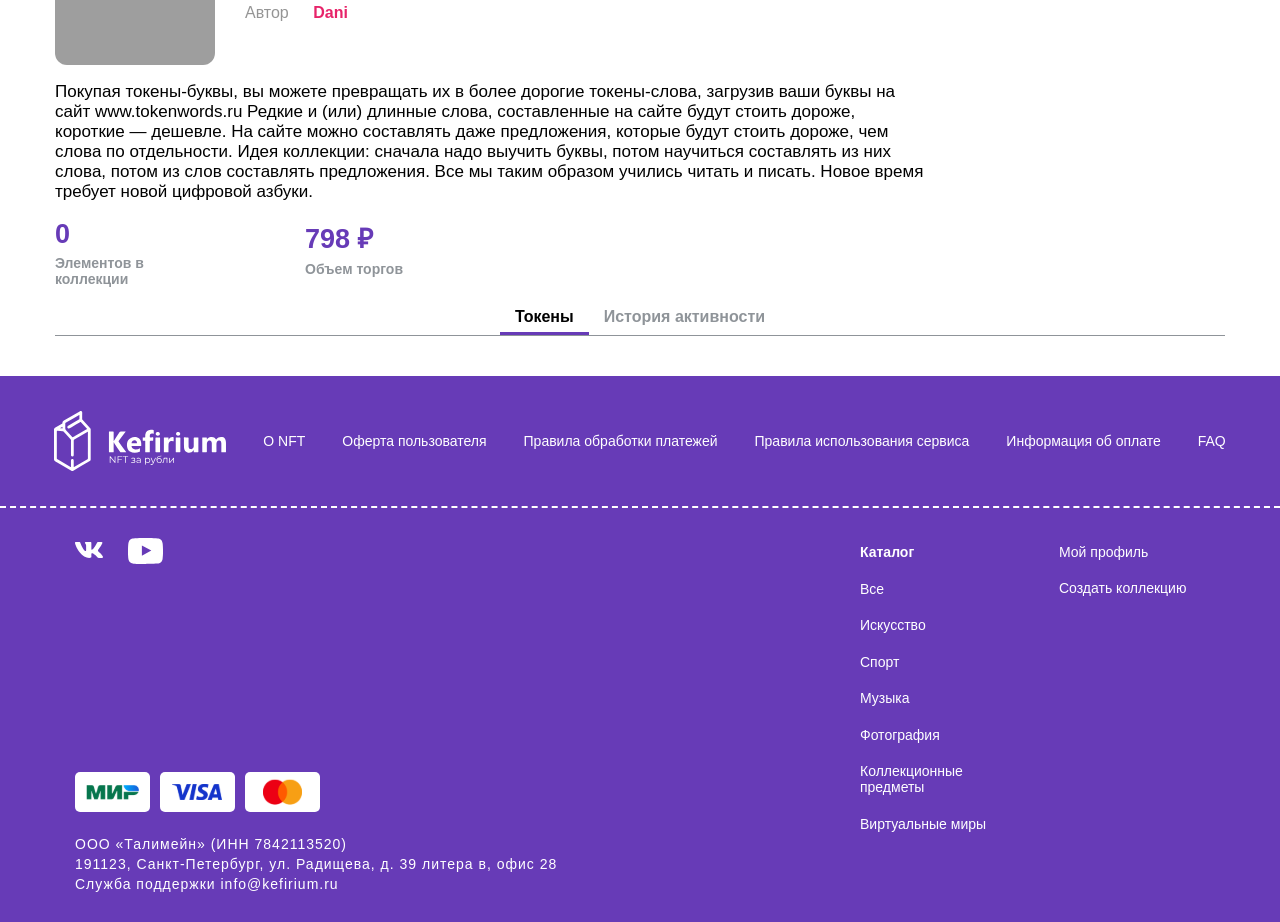
Repository: danchikko/kefirium
Page: /collection
The author's editor kept a copy of each file at every save. The page is drawn from the files as they stood at one save, then again after a run of saves.
The browser window is 1280 px wide. The pictures show the part of the page from y = 495 to 1447 px (the page is 1417 px tall before and 1447 px after).
Pictures or frames that could not be fetched are drawn as grey boxes. The project was rebuilt for these pictures with package versions that can differ from the ones it lists, and the page was loaded fresh each time. Requests to the local data server were answered from the project's data file. Also part of the build but not shown: src/components/signUp/Navs.js, src/utils/helpers/constants.js, src/components/signUp/FormPhysic.js, src/components/signUp/FormJur.js, src/components/signUp/SignUp.js, src/components/signIn/Form.js, src/components/signIn/SignIn.js, src/components/header/Register.js and 48 more.

Above is the page before, as saved 2022-08-18 16:33:58.

### public/index.html
<!DOCTYPE html>
<html lang="en">
	<head>
		<meta charset="utf-8" />
		<link rel="icon" href="%PUBLIC_URL%/favicon.ico" />
		<meta name="viewport" content="width=device-width, initial-scale=1" />
		<meta name="theme-color" content="#000000" />
		<meta
			name="description"
			content="Web site created using create-react-app"
		/>
		<link rel="apple-touch-icon" href="%PUBLIC_URL%/logo192.png" />
		<link rel="manifest" href="%PUBLIC_URL%/manifest.json" />
		<title>React App</title>
	</head>
	<body>
		<div id="root"></div>
	</body>
</html>

### src/index.js
import React from 'react'
import ReactDOM from 'react-dom/client'
import './index.css'
import App from './App'
import { BrowserRouter } from 'react-router-dom'
import { Provider } from 'react-redux'
import store from './store'

const root = ReactDOM.createRoot(document.getElementById('root'))
root.render(
	<React.StrictMode>
		<BrowserRouter>
			<Provider store={store}>
				<App />
			</Provider>
		</BrowserRouter>
	</React.StrictMode>,
)

### src/index.css
* {
	box-sizing: border-box;
  font-family: 'Barlow', sans-serif;
  font-family: 'Barlow Condensed', sans-serif;
  font-family: 'Bebas Neue', cursive;
  font-family: 'Kanit', sans-serif;
  font-family: 'M PLUS 1 Code', sans-serif;
  font-family: 'Oxygen', sans-serif;
  /* font-family: Situs;
  font-style: italic; */
}

body {
	margin: 0;
}

### src/App.js
import Footer from './components/footer/Footer'
import Header from './components/header/Header'
import { AuthContextProvider } from './context/AuthContext'
import Main from './pages'

function App() {

	return (
		<AuthContextProvider>
			<Header />
			<Main />
			<Footer />
		</AuthContextProvider>
	)
}

export default App

### src/store/index.js
import optionsSlice from "./optionsSlice"
import { configureStore } from "@reduxjs/toolkit"
import postsSlice from "./postsSlice"
import registerSlice from "./registerSlice"
import profileSlice from "./profileSlice"

const store = configureStore({
    reducer: {
        options: optionsSlice,
        posts: postsSlice,
        register: registerSlice,
        profile: profileSlice,
    }
})

export default store

### src/components/footer/Footer.js
import { useDispatch } from 'react-redux'
import styled from 'styled-components'
import {
	closeCategoriesModal,
	closeSupportModal,
} from '../../store/optionsSlice'
import { modalRegisterGlobal } from '../../store/registerSlice'
import FirstBlock from './FirstBlock'
import SecondBlock from './SecondBlock'

const Footer = () => {
	const dispatch = useDispatch()
	return (
		<MainFooter
			onClick={() =>
				dispatch(
					closeCategoriesModal(),
					dispatch(closeSupportModal(), dispatch(modalRegisterGlobal())),
				)
			}
		>
			<FirstBlock />
			<SpecialDiv />
			<SecondBlock />
		</MainFooter>
	)
}

const MainFooter = styled.footer`
	width: 100%;
	background: #673bb7;
`

const SpecialDiv = styled.div`
	width: 100%;
	border-bottom: 2.5px dashed #ffff;
`

export default Footer

### src/context/AuthContext.js
import { createContext, useContext, useEffect, useState } from 'react'
import {
	createUserWithEmailAndPassword,
	signInWithEmailAndPassword,
	signOut,
	onAuthStateChanged,
} from 'firebase/auth'
import { auth } from '../firebase'

const UserContext = createContext()

export const AuthContextProvider = ({ children }) => {
    const [user, setUser] = useState({})
	const createUser = (email, password) => {
		return createUserWithEmailAndPassword(auth, email, password)
	};

    const signIn = (email, password) => {
        return signInWithEmailAndPassword(auth, email, password)
    }

    const logout = () => {
        return signOut(auth)
    }

    useEffect(() => {
        const unsubscribe = onAuthStateChanged(auth, (currentUser) => {
            setUser(currentUser)
        })
        return () => {
            unsubscribe()
        }
    }, [])
	return (
		<UserContext.Provider value={{createUser, user, logout, signIn}}>
			{children}
		</UserContext.Provider>
	)
}

export const UserAuth = () => {
	return useContext(UserContext)
}

### src/pages/index.js
import { useDispatch } from 'react-redux'
import { Route, Routes } from 'react-router-dom'
import CreateNewCollection from '../components/createCollection'
import ProfileSetting from '../components/myProfile/profileSetting'
import ProtectedRoute from '../components/ProtectedRoute'
import AboutNFT from '../components/support/AboutNFT'
import PaymentRules from '../components/support/PaymentRules'
import UserOffer from '../components/support/UserOffer'
import {
	closeCategoriesModal,
	closeSupportModal,
} from '../store/optionsSlice'
import { modalRegisterGlobal } from '../store/registerSlice'
import Categories from './categories/Categories'
import Collections from './collections'
import CollectionToken from './collectionTokens'
import CreateNFT from './createNFT/CreateNFT'
import MainPage from './main-page'
import Profile from './profile'

const Main = () => {
	const dispatch = useDispatch()
	return (
		<div
			onClick={() =>
				dispatch(
					closeCategoriesModal(),
					dispatch(closeSupportModal(), dispatch(modalRegisterGlobal())),
				)
			}
		>
			<Routes>
				<Route path='/' element={<MainPage />} />
				<Route path='/categories' element={<Categories />} />
				<Route path='/createNFT' element={<ProtectedRoute><CreateNFT /></ProtectedRoute>} />
				<Route path='/aboutNFT' element={<AboutNFT />} />
				<Route path='/userOffer' element={<UserOffer />} />
				<Route path='/paymentRules' element={<PaymentRules />} />
				<Route path='/profile/*' element={<ProtectedRoute><Profile /></ProtectedRoute>} />
                <Route path='/profile/settings/*' element={<ProfileSetting />} />
				<Route path='/createCollection' element={<ProtectedRoute><CreateNewCollection /></ProtectedRoute>}/>
				<Route path='/collection/token/*' element={<CollectionToken />} />
				<Route path='/collection/*' element={<Collections />} />
			</Routes>
		</div>
	)
}

export default Main

### src/store/optionsSlice.js
import { createSlice } from '@reduxjs/toolkit'

export const optionsSlice = createSlice({
	name: 'options',
	initialState: {
		sorted: '',
		all: false,
		art: false,
		sport: false,
		music: false,
		photo: false,
		collectibles: false,
		virtualworlds: false,
		categoriesModal: false,
		supportModal: false,
	},
	reducers: {
		sortedPost: (state, action) => {
			state.sorted = action.payload
		},
		modalCategories: (state) => {
			state.categoriesModal = !state.categoriesModal
		},
		closeCategoriesModal: (state, action) => {
			state.categoriesModal = action.payload
		},
		modalSupport: (state) => {
			state.supportModal = !state.supportModal
		},
		closeSupportModal: (state) => {
			state.supportModal = false
		},
		allClick: (state) => {
			state.sorted = 'all'
			state.all = true
			state.art = false
			state.sport = false
			state.music = false
			state.photo = false
			state.collectibles = false
			state.virtualworlds = false
		},
		artClick: (state) => {
			state.sorted = 'art'
			state.all = false
			state.art = true
			state.sport = false
			state.music = false
			state.photo = false
			state.collectibles = false
			state.virtualworlds = false
		},
		sportClick: (state) => {
			state.sorted = 'sport'
			state.all = false
			state.art = false
			state.sport = true
			state.music = false
			state.photo = false
			state.collectibles = false
			state.virtualworlds = false
		},
		musicClick: (state) => {
			state.sorted = 'music'
			state.all = false
			state.art = false
			state.sport = false
			state.music = true
			state.photo = false
			state.collectibles = false
			state.virtualworlds = false
		},
		photoClick: (state) => {
			state.sorted = 'photo'
			state.all = false
			state.art = false
			state.sport = false
			state.music = false
			state.photo = true
			state.collectibles = false
			state.virtualworlds = false
		},
		collectiblesClick: (state) => {
			state.sorted = 'collectibles'
			state.all = false
			state.art = false
			state.sport = false
			state.music = false
			state.photo = false
			state.collectibles = true
			state.virtualworlds = false
		},
		virtualworldsClick: (state) => {
			state.sorted = 'virtualworlds'
			state.all = false
			state.art = false
			state.sport = false
			state.music = false
			state.photo = false
			state.collectibles = false
			state.virtualworlds = true
		}
	},
})

export const {
	sortedPost,
	modalCategories,
	closeCategoriesModal,
	modalSupport,
	closeSupportModal,
	allClick,
	artClick,
	sportClick,
	musicClick,
	photoClick,
	collectiblesClick,
	virtualworldsClick,
} = optionsSlice.actions
export default optionsSlice.reducer

### src/store/postsSlice.js
import { createSlice } from '@reduxjs/toolkit'

const postsSlice = createSlice({
	name: 'posts',
	initialState: {
		id: new Date().toLocaleString(),
		NFTImage: null,
		NFTName: '',
		description: '',
		reference: '',
		content: '',
		price: 0,
		mainImage: null,
		banner: null,
		name: '',
		categories: '',
		collectionDescription: '',
	},
	reducers: {
		createImage: (state, action) => {
			state.NFTImage = action.payload
		},
		createName: (state, action) => {
			state.NFTName = action.payload
		},
		createDescription: (state, action) => {
			state.description = action.payload
		},
		createReference: (state, action) => {
			state.reference = action.payload
		},
		createContent: (state, action) => {
			state.content = action.payload
		},
		createPrice: (state, action) => {
			state.price = action.payload
		},
		createCollectionImage: (state, action) => {
			state.mainImage = action.payload
		},
		createCollectionBanner: (state, action) => {
			state.banner = action.payload
		},
		createCollectionName: (state, action) => {
			state.name = action.payload
		},
		createCollectionCategories: (state, action) => {
			state.categories = action.payload
		},
		createCollectionDescription: (state, action) => {
			state.collectionDescription = action.payload
		},
	},
})

export const {
	createImage,
	createName,
	createDescription,
	createReference,
	createContent,
	createPrice,
	createCollectionImage,
	createCollectionBanner,
	createCollectionName,
	createCollectionCategories,
	createCollectionDescription,
} = postsSlice.actions

export default postsSlice.reducer

### src/store/registerSlice.js
import { createSlice } from '@reduxjs/toolkit'

const registerSlice = createSlice({
	name: 'register',
	initialState: {
		physicFace: true,
		jurFace: false,
		registerModal: false,
		signUpModal: false,
		signInModal: false,
	},
	reducers: {
		clickPhysic: (state) => {
			state.physicFace = true
			state.jurFace = false
		},
		clickJur: (state) => {
			state.physicFace = false
			state.jurFace = true
		},
		modalRegister: (state) => {
			state.registerModal = !state.registerModal
		},
		modalSignUp: (state) => {
			state.signUpModal = !state.signUpModal
		},
		modalSignIn: (state) => {
			state.signInModal = !state.signInModal
		},
		modalRegisterGlobal: (state) => {
			state.registerModal = false
		},
	},
})

export const {
	clickPhysic,
	clickJur,
	onRegister,
	modalRegister,
	modalSignUp,
	modalSignIn,
	modalRegisterGlobal,
} = registerSlice.actions
export default registerSlice.reducer

### src/components/footer/FirstBlock.js
import { Link } from 'react-router-dom'
import styled from 'styled-components'
import logo from '../../aseets/svg/logo.svg'

const FirstBlock = () => {
	return (
		<Container>
			<Logo src={logo} alt='logo' />
			<Links to='/'>О NFT</Links>
			<Links to='/'>Оферта пользователя</Links>
			<Links to='/'>Правила обработки платежей</Links>
			<Links to='/'>Правила использования сервиса</Links>
			<Links to='/'>Информация об оплате</Links>
			<Links to='/'>FAQ</Links>
		</Container>
	)
}

const Container = styled.div`
	max-width: 1270px;
	width: 100%;
	height: 130px;
	display: flex;
	justify-content: center;
	gap: 37px;
	align-items: center;
	margin: 0 auto;
	padding: 0 20px;
`

const Logo = styled.img`
	width: 172px;
	height: 60px;
`

const Links = styled(Link)`
	text-decoration: none;
	color: #ffffff;
	font-size: 14px;
    font-weight: 500;
`

export default FirstBlock

### src/components/header/HeaderCategories.js
import { useDispatch, useSelector } from 'react-redux'
import { Link } from 'react-router-dom'
import styled from 'styled-components'
import { FiChevronRight } from 'react-icons/fi'
import {
	closeCategoriesModal,
	closeSupportModal,
	modalCategories,
	sortedPost,
} from '../../store/optionsSlice'

const HeaderCategories = () => {
	const modal = useSelector((state) => state.options.categoriesModal)
	const dispatch = useDispatch()
	return (
		<div>
			<Topics
				onClick={() =>
					dispatch(modalCategories(), dispatch(closeSupportModal()))
				}
			>
				Категории <NavRight />
			</Topics>
			{modal ? (
				<ListCategories
					onClick={() => dispatch(closeCategoriesModal())}
				>
					<Links
						onClick={() => dispatch(sortedPost('all'))}
						to='/categories'
					>
						Все
					</Links>
					<Links
						onClick={() => dispatch(sortedPost('art'))}
						to='/categories'
					>
						Искусство
					</Links>
					<Links
						onClick={() => dispatch(sortedPost('sport'))}
						to='/categories'
					>
						Спорт
					</Links>
					<Links
						onClick={() => dispatch(sortedPost('music'))}
						to='/categories'
					>
						Музыка
					</Links>
					<Links
						onClick={() => dispatch(sortedPost('photo'))}
						to='/categories'
					>
						Фотография
					</Links>
					<Links
						onClick={() => dispatch(sortedPost('collectibles'))}
						to='/categories'
					>
						Коллекционные предметы
					</Links>
					<Links
						onClick={() => dispatch(sortedPost('virtualworlds'))}
						to='/categories'
					>
						Виртуальные миры
					</Links>
				</ListCategories>
			) : (
				''
			)}
		</div>
	)
}

const Topics = styled.p`
	font-size: 15px;
	color: #8f9499;
	font-weight: 700;
	display: flex;
	align-items: center;
	cursor: pointer;
`

const ListCategories = styled.div`
	width: 170px;
	height: 360px;
	background: #f4f4f4;
	border-radius: 16px;
	box-shadow: 0 4px 3px 0 rgb(103 59 183 / 10%);
	position: absolute;
	top: 75px;
	right: 534px;
	padding: 20px 25px;
	display: flex;
	flex-direction: column;
	justify-content: space-around;
`

const Links = styled(Link)`
	text-decoration: none;
	font-size: 14px;
	color: rgb(103, 59, 183);
	:hover {
		color: #e7246a;
	}
`

const NavRight = styled(FiChevronRight)`
	margin-left: 5px;
	width: 14px;
	height: 14px;
`

export default HeaderCategories

### src/components/header/HeaderSupport.js
import styled from 'styled-components'
import { FiChevronRight } from 'react-icons/fi'
import { useDispatch, useSelector } from 'react-redux'
import { closeCategoriesModal, closeSupportModal, modalSupport } from '../../store/optionsSlice'
import { Link } from 'react-router-dom'

const HeaderSupport = () => {
	const modal = useSelector((state) => state.options.supportModal)
	const dispatch = useDispatch()
	return (
		<div>
			<Topics
				onClick={() =>
					dispatch(modalSupport(), dispatch(closeCategoriesModal()))
				}
			>
				Поддержка <NavRight />
			</Topics>
			{modal ? (
				<ListSupports onClick={() => dispatch(closeSupportModal())}>
					<Links to='/aboutNFT'>O NFT</Links>
					<Links to='/userOffer'>Оферта пользователя</Links>
					<Links to='/paymentRules'>Правила обработки платежей</Links>
					<Links to='/'>Правила использования сервиса</Links>
					<Links to='/'>Информация об оплате</Links>
					<Links to='/'>FAQ</Links>
				</ListSupports>
			) : (
				''
			)}
		</div>
	)
}

const Topics = styled.p`
	font-size: 15px;
	color: #8f9499;
	font-weight: 700;
	display: flex;
	align-items: center;
	cursor: pointer;
`

const NavRight = styled(FiChevronRight)`
	margin-left: 5px;
	width: 14px;
	height: 14px;
`

const ListSupports = styled.div`
	width: 170px;
	height: 360px;
	background: #f4f4f4;
	border-radius: 16px;
	box-shadow: 0 4px 3px 0 rgb(103 59 183 / 10%);
	position: absolute;
	top: 75px;
	right: 400px;
	padding: 20px 25px;
	display: flex;
	flex-direction: column;
	justify-content: space-around;
`

const Links = styled(Link)`
	text-decoration: none;
	font-size: 14px;
	color: rgb(103, 59, 183);
	:hover {
		color: #e7246a;
	}
`

export default HeaderSupport

### src/firebase.js
// Import the functions you need from the SDKs you need
import { initializeApp } from "firebase/app";
import { getAuth } from "firebase/auth";
// TODO: Add SDKs for Firebase products that you want to use
// https://firebase.google.com/docs/web/setup#available-libraries

// Your web app's Firebase configuration
const firebaseConfig = {
  apiKey: "AIzaSyCoinYPQWNOuxgztVvEuZQFqFbmSgboiNI",
  authDomain: "auth-development-718fc.firebaseapp.com",
  projectId: "auth-development-718fc",
  storageBucket: "auth-development-718fc.appspot.com",
  messagingSenderId: "1020950913601",
  appId: "1:1020950913601:web:23a5870412d851a716dcc0"
};

// Initialize Firebase
const app = initializeApp(firebaseConfig);
export const auth = getAuth(app);
export default app

### src/pages/collections/index.js
import { useState } from 'react'
import { Fragment } from 'react'
import { useEffect } from 'react'
import styled from 'styled-components'
import Collection from './Collection'
import CollectionNavbar from './CollectionNavbar'

const Collections = () => {
	const [collection, setCollection] = useState([])

	useEffect(() => {
		fetch('http://localhost:3000/Categories')
			.then((responce) => responce.json())
			.then((data) => setCollection(data.slice(0, 1)))
	}, [])
	return (
		<Container>
			{collection.map((el) => {
				return (
					<Fragment key={el.id}>
						<BackgroundBlock url={el.collectionBanner} />
						<Collection
							image={el.collectionImage}
							title={el.collectionName}
							user={el.nickname}
							description={el.collectionDescription}
						/>
					</Fragment>
				)
			})}
            <CollectionNavbar />
		</Container>
	)
}

const Container = styled.div`
	width: 100%;
	padding-top: 80px;
`

const BackgroundBlock = styled.div`
	width: 100%;
	height: 250px;
	background-image: url(${(props) => props.url});
    margin-bottom: 70px;
`

export default Collections

### src/components/UI/typography/Title.js
import styled from 'styled-components'

const Title = (props) => {
	return <CreateTitle {...props} />
}

const CreateTitle = styled.h2`
	color: ${(props) => props.color || '#ffff'};
	font-size: ${(props) => props.size || '20px'};
	margin: ${(props) => props.margin || '0'};
	font-weight: ${(props) => props.weight || '700'};
`

export default Title

### src/components/UI/position/Flex.js
import styled from "styled-components";

const Flex = (props) => {
    return (
        <CreateFlex {...props} />
    )
}

const CreateFlex = styled.div`
    max-width: ${(props) => props.width || ''};
    width: 100%;
    display: flex;
    flex-direction: ${(props) => props.direction || 'stretch'};
    justify-content: ${(props) => props.justify  || 'stretch'};
    align-items: ${(props) => props.align || 'stretch'};
    height: ${(props) => props.height || ''};
    margin: ${(props) => props.margin || ''};
`

export default Flex;

### src/components/UI/typography/Text.js
import styled from "styled-components";

const Text = (props) => {
    return (
        <CreateText {...props} />
    )
}

const CreateText = styled.p`
    color: ${(props) => props.color || '#ffffff'};
    font-size: ${(props) => props.size || '14px'};
    line-height: ${(props) => props.line || ''};
    font-weight: ${(props) => props.weight || '500'};
`

export default Text;

### src/pages/collections/CollectionNavbar.js
import { useState } from 'react'
import styled from 'styled-components'

const CollectionNavbar = () => {
	const [tokens, setTokens] = useState(true)
	const [history, setHistory] = useState(false)

    const tokenHandler = () => {
        setTokens(true)
        setHistory(false)
    }

    const historyHandler = () => {
        setHistory(true)
        setTokens(false)
    }
	return (
		<Container>
			<Navbar>
				{tokens ? (
					<ButtonTrue>Токены</ButtonTrue>
				) : (
					<ButtonFalse onClick={tokenHandler}>Токены</ButtonFalse>
				)}
				{history ? (
					<ButtonTrue>История активности</ButtonTrue>
				) : (
					<ButtonFalse onClick={historyHandler}>История активности</ButtonFalse>
				)}
			</Navbar>
            {tokenHandler}
		</Container>
	)
}

const Container = styled.div`
	max-width: 1170px;
	width: 100%;
	margin: 0 auto;
`

const Navbar = styled.div`
	max-width: 1170px;
	width: 100%;
	height: 44px;
	border-bottom: 1px solid #8f9499;
	display: flex;
	justify-content: center;
    margin-bottom: 40px;
`

const ButtonTrue = styled.div`
	border-bottom: 3px solid #673bb7;
	padding: 10px 15px;
	color: #000000;
	cursor: pointer;
	background-color: #ffffff;
	font-weight: 700;
	margin-top: 6px;
`

const ButtonFalse = styled.div`
	padding: 10px 15px;
	color: #8f9499;
	cursor: pointer;
	background-color: #ffffff;
	font-weight: 700;
	margin-top: 6px;
`

export default CollectionNavbar

### src/pages/collections/Searching.js
import styled from "styled-components";
import {FiSearch} from 'react-icons/fi'

const Searching = () => {
    return (
        <Container>
            <Search>
                <SearchInput />
                <FiSearch />
            </Search>
        </Container>
    )
}

const Container = styled.div`
    max-width: 1170px;
    width: 100%;
`

const Search = styled.div`
    max-width: 867px;
    width: 100%;
    display: flex;
    border-radius: 12px;
    box-shadow: 0 4px 3px rgb(103 59 183 / 10%);
    background: #f4f4f4;
    height: 30px;
`

const SearchInput = styled.input`
    background-color: #f4f4f4;
    border: none;
    outline: none;
`

export default Searching;

Loaded but not shown: db.json (227 lines, source omitted); src/store/profileSlice.js (112 lines, source omitted); src/components/footer/SecondBlock.js (143 lines, source omitted); src/components/header/Header.js (143 lines, source omitted); src/pages/collections/Collection.js (133 lines, source omitted)

After the next 5 saves:
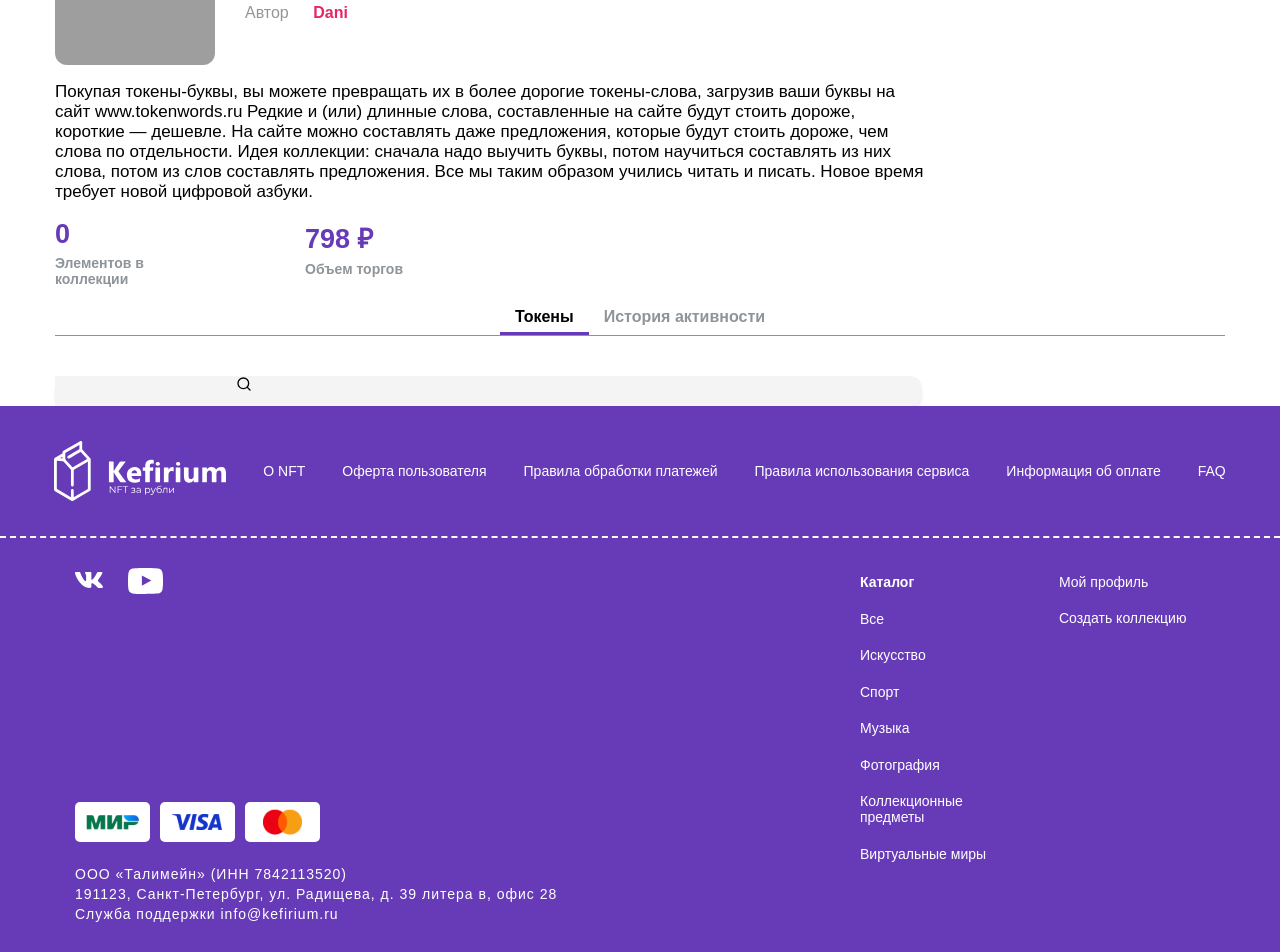
The 5 saves are shown as one change because 3 did not build or start and some came seconds apart.
The last was saved 29 s later.
--- a/src/pages/collections/CollectionNavbar.js
+++ b/src/pages/collections/CollectionNavbar.js
@@ -1,5 +1,6 @@
 import { useState } from 'react'
 import styled from 'styled-components'
+import Searching from './Searching'
 
 const CollectionNavbar = () => {
 	const [tokens, setTokens] = useState(true)
@@ -28,7 +29,7 @@ const CollectionNavbar = () => {
 					<ButtonFalse onClick={historyHandler}>История активности</ButtonFalse>
 				)}
 			</Navbar>
-            {tokenHandler}
+            {tokens ? <Searching /> : <Searching />}
 		</Container>
 	)
 }
